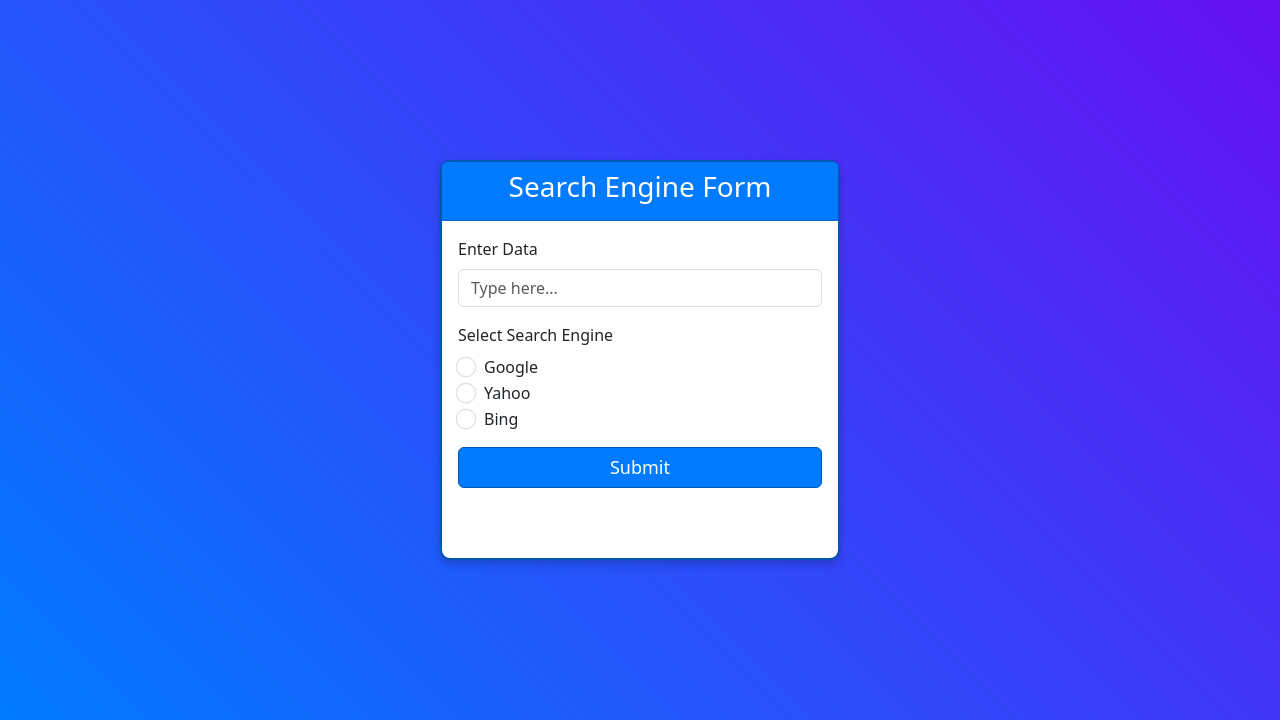
Repository: Prasad-R-Patil/WebBaseJava
Page: SearchEngien/src/main/webapp/index.html
These files come from the project's save history. The page is drawn as it stood at one moment and after the next save; the edit follows.
The browser window is 1280 px wide. The pictures show the whole page.

Above is the page before, as saved 2025-05-15 11:45:33.

After the next save:
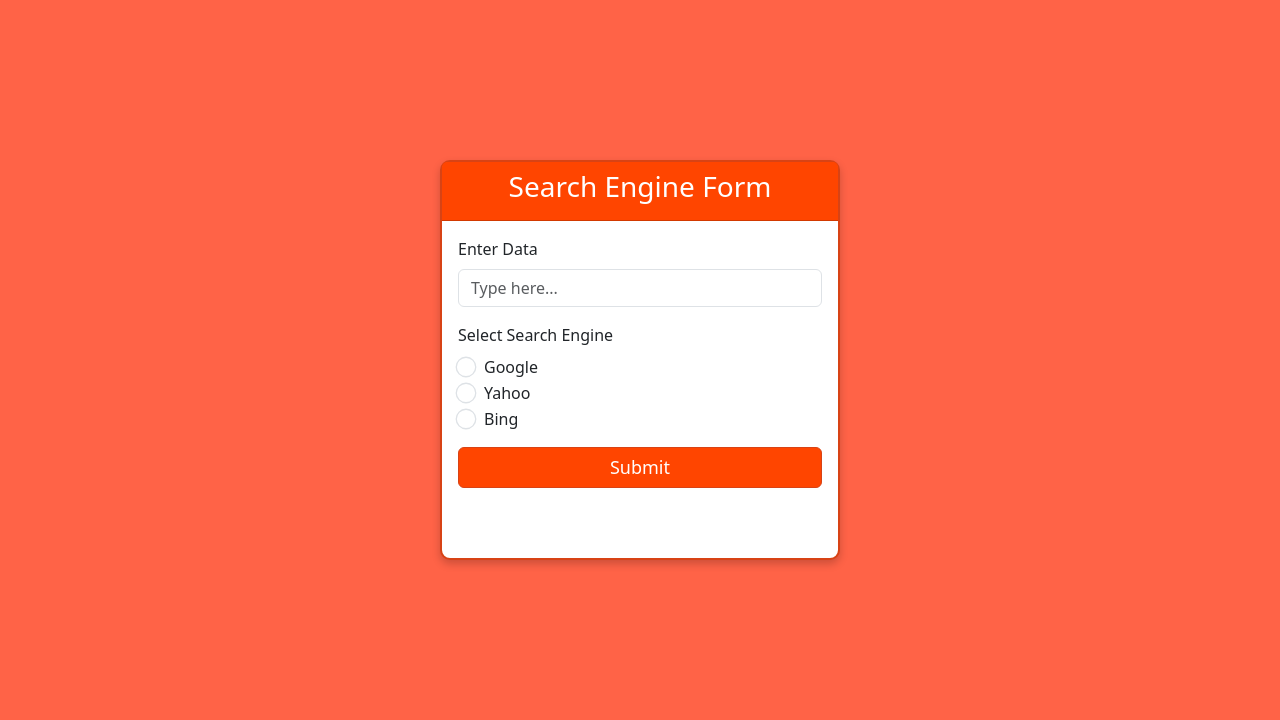
Saved 109 s later.
--- a/SearchEngien/src/main/webapp/index.html
+++ b/SearchEngien/src/main/webapp/index.html
@@ -8,7 +8,7 @@
     <link href="https://cdn.jsdelivr.net/npm/bootstrap@5.3.0/dist/css/bootstrap.min.css" rel="stylesheet">
     <style>
         body {
-            background: linear-gradient(45deg, #007bff, #6610f2);
+            background: linear-gradient(45deg, tomato, #ff6347);
             display: flex;
             justify-content: center;
             align-items: center;
@@ -20,16 +20,16 @@
             background: #ffffff;
             border-radius: 10px;
             box-shadow: 0 4px 8px rgba(0, 0, 0, 0.2);
-            border: 2px solid #0056b3;
+            border: 2px solid #d84315;
         }
         .card-header {
-            background: #007bff;
+            background: #ff4500;
             color: white;
             text-align: center;
         }
         .btn-primary {
-            background-color: #007bff;
-            border-color: #0056b3;
+            background-color: #ff4500;
+            border-color: #d84315;
             font-size: 18px;
             width: 100%;
         }
